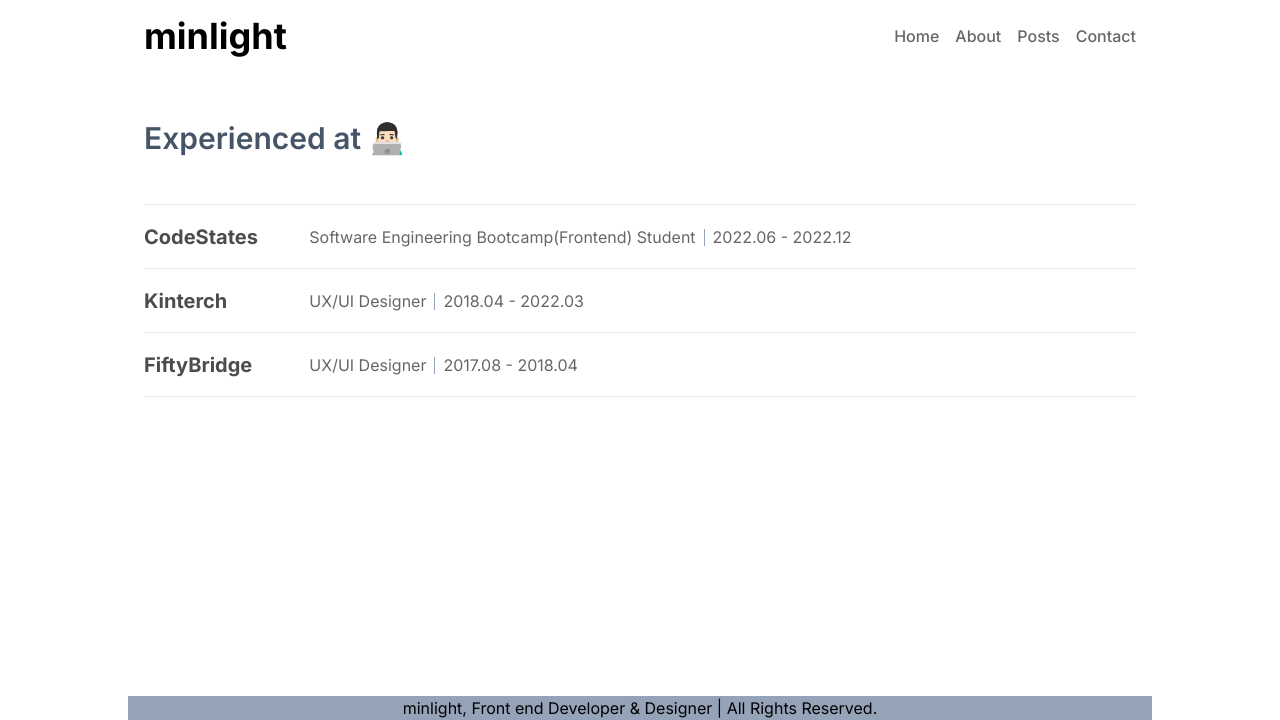
Repository: kwngmin/minlight-blog
Page: /about
These files come from the project's save history. The page is drawn as it stood at one moment and after the next save; the edit follows.
The browser window is 1280 px wide. The pictures show the whole page.
The project was rebuilt for these pictures with package versions that can differ from the ones it lists, and the page was loaded fresh each time. The framework's server and built-in components were replaced by stand-ins that run in the browser. Also part of the build but not shown: next.config.js.

Above is the page before, as saved 2023-04-01 00:09:01.

After the next save:
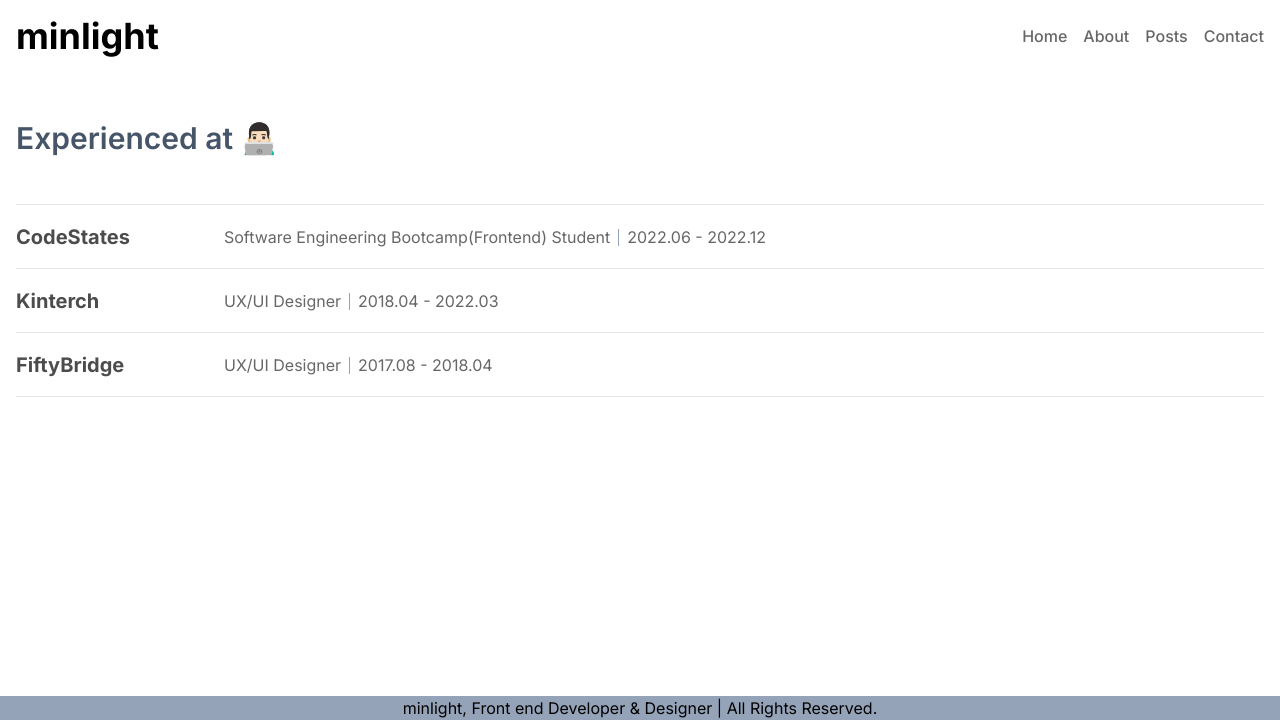
Saved 2 min 54 s later.
--- a/src/app/layout.tsx
+++ b/src/app/layout.tsx
@@ -17,7 +17,7 @@ export default function RootLayout({
 }) {
   return (
     <html lang="en" className={inter.className}>
-      <body className="flex flex-col w-full max-w-screen-lg mx-auto">
+      <body className="flex flex-col w-full mx-auto">
         <Header />
         <main className="grow mx-4">{children}</main>
         <Footer />
